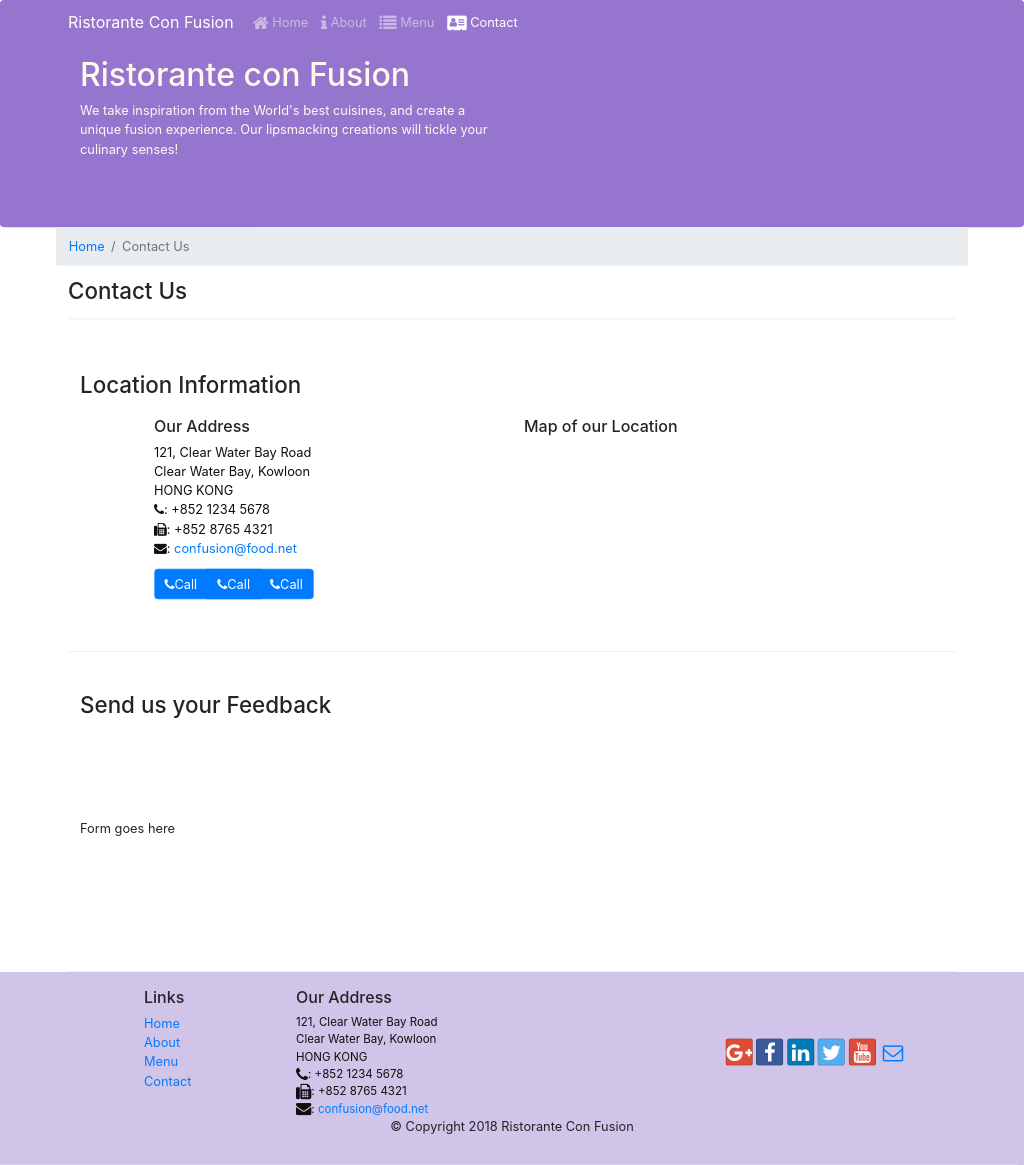
Repository: HwZau/conFusion
Page: contactus.html
An editor plug-in stored every save of this project. The page is shown before and after a run of saves, followed by the edit.
The browser window is 1280 px wide. The pictures show the whole page, at 80% of full size.

Above is the page before, as saved 2022-05-19 09:32:28.

After the next 2 saves:
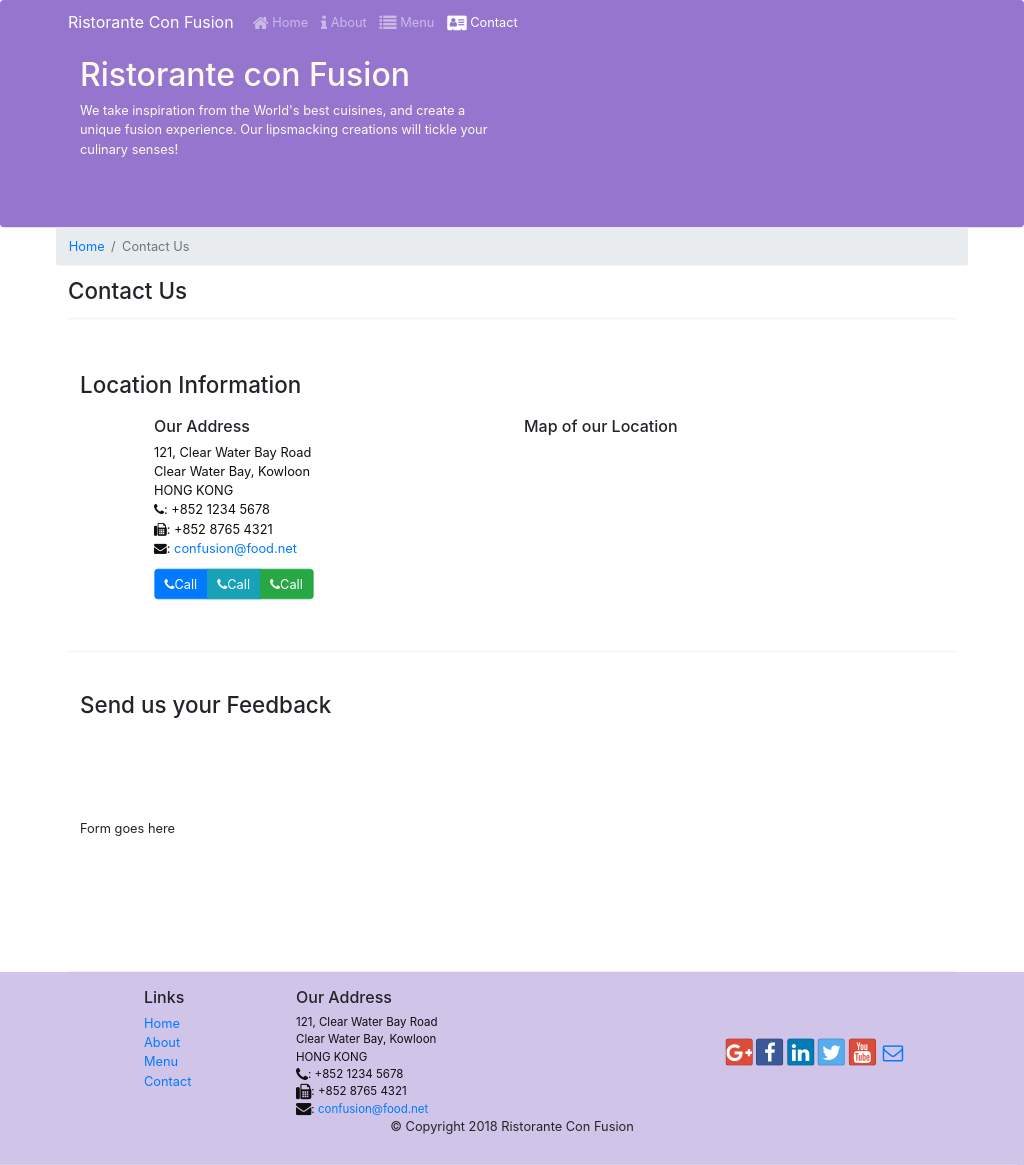
The 2 saves are shown as one change because they came seconds apart.
The last was saved 8 s later.
--- a/contactus.html
+++ b/contactus.html
@@ -115,8 +115,8 @@
         <div class="col-12 col-sm-11 offset-sm-1">
             <div class="btn-group" role="group">
                 <a role="button" class="btn btn-primary" href="tel:+85212345678"><i class="fa fa-phone"></i>Call</a>
-                <a role="button" class="btn btn-primary" href="tel:+85212345678"><i class="fa fa-phone"></i>Call</a>
-                <a role="button" class="btn btn-primary" href="tel:+85212345678"><i class="fa fa-phone"></i>Call</a>
+                <a role="button" class="btn btn-info" href="tel:+85212345678"><i class="fa fa-phone"></i>Call</a>
+                <a role="button" class="btn btn-success" href="tel:+85212345678"><i class="fa fa-phone"></i>Call</a>
             </div>
         </div>
       </div>
